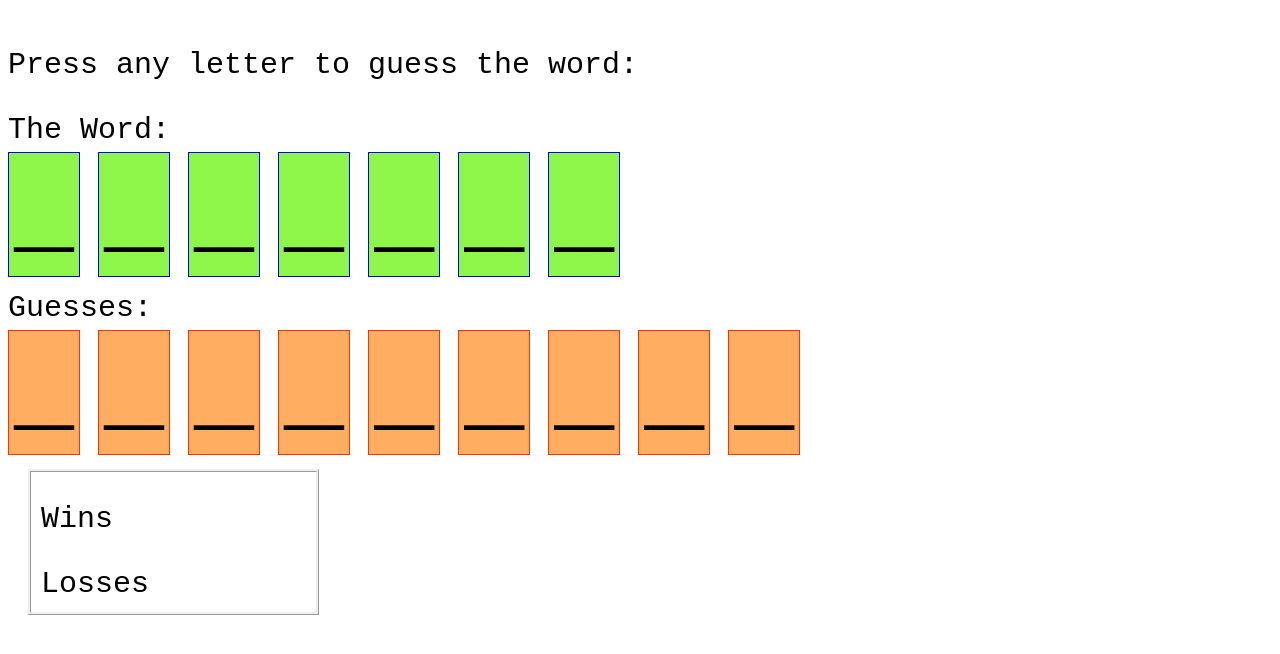
Repository: dsaftler/JavaScript
Page: index.html
These files come from the project's save history. The page is drawn as it stood at one moment and after the next save; the edit follows.
The browser window is 1280 px wide. The pictures show the whole page.

Above is the page before, as saved 2019-03-30 23:09:23.

After the next save:
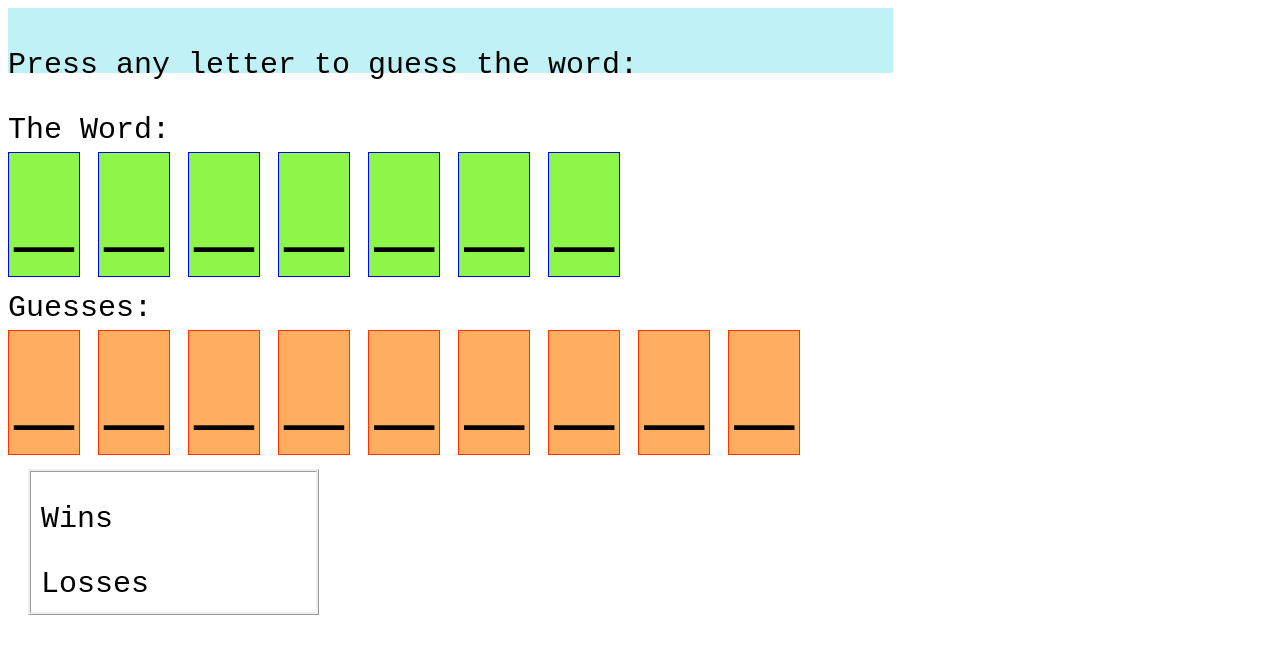
Saved 112 s later.
--- a/assets/css/style.css
+++ b/assets/css/style.css
@@ -3,11 +3,11 @@ font-weight: 400}
 .showtext {height:35px;
 padding: 20px 0 10px;
 font-size: 30px;
-background-image: "url('assets\images\Hangman.png')";
 }
 .container {width:70%;
   max-width: 960px;
-background-image: "url('assets\images\Hangman.png')";
+/* background-image: "url('assets/images/Hangman.png')"; */
+background-color: rgb(192, 241, 245);
  }
 .letter {font-size: 100px;
   display: inline;
